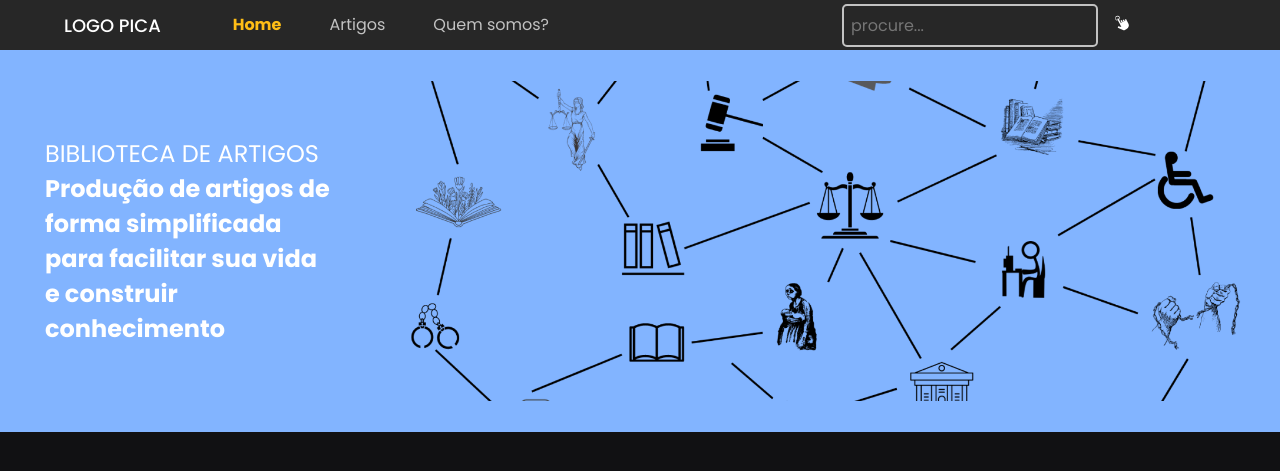
Repository: ArthurHendrich/Inepto
Page: /
These files come from the project's save history. The page is drawn as it stood at one moment and after the next save; the edit follows.
The browser window is 1280 px wide. The pictures show the whole page.
The project was rebuilt for these pictures with package versions that can differ from the ones it lists, and the page was loaded fresh each time. The framework's server and built-in components were replaced by stand-ins that run in the browser. Also part of the build but not shown: next.config.js.

Above is the page before, as saved 2022-07-06 19:42:13.

### src/pages/_app.tsx
import { AppProps } from "next/app";
import { Header } from "../components/header";

import '../styles/global.scss';

function MyApp({ Component, pageProps }: AppProps) {
  return (
    <>
    <Header />
    <Component {...pageProps} />
    </>
  );
}

export default MyApp;

### src/pages/_document.tsx
import Document, { Html, Head, Main, NextScript } from "next/document";

export default class MyDocument extends Document {
  render() {
    return (
      <Html>
        <Head>
          <link rel="preconnect" href="https://fonts.googleapis.com" />
          <link
            href="https://fonts.googleapis.com/css2?family=Poppins:wght@400;500;700;900&display=swap"
            rel="stylesheet"
          />
          <link rel="shortcut icon" href="favicon.png" type="image/png" />
        </Head>
        <body>
          <Main />
          <NextScript />
        </body>
      </Html>
    );
  }
}

### src/pages/index.tsx
import Head from 'next/head';

import styles from '../styles/home.module.scss';

export default function Home() {

  return (
    <>
    <Head>
      <title>Direito Inepto</title>
    </Head>


    <main>
      <section className={styles.headerContainer} >
        <div className={styles.headerText}>
          <h1>BIBLIOTECA DE ARTIGOS</h1>
          <h2>Produção de artigos de forma simplificada para facilitar sua vida e construir conhecimento</h2>
        </div>
        <img src="/images/headerImage.png" alt="Header Image" />
      </section>


    </main>

    </>
  )
}

### src/components/header/index.tsx
import styles from "./styles.module.scss";
import { GiClick } from "react-icons/gi";
import { ActiveLink } from "../ActiveLink";
import { useState } from "react";



export function Header() {
  const [inputText, setInputText] = useState('');



  return (
    <header className={styles.headerContainer}>
      <div className={styles.headerContent}>
        <div className={styles.headerItens}>
          <div className={styles.headerLogo}>
            <ActiveLink href="/" activeClassName={styles.active}>
              <a>LOGO PICA</a>
            </ActiveLink>
          </div>

          <nav>
            <ActiveLink href="/" activeClassName={styles.active}>
              <a>Home</a>
            </ActiveLink>

            <ActiveLink href="/posts" activeClassName={styles.active}>
              <a>Artigos</a>
            </ActiveLink>

            <ActiveLink href="/sobre" activeClassName={styles.active}>
              <a>Quem somos?</a>
            </ActiveLink>
          </nav>
        </div>

        <div className={styles.headerSearch}>
          <input
            type="text"
            value={inputText}
            placeholder="procure..."
            onChange={(e) => setInputText(e.target.value)}
          />
          <GiClick className={styles.headerSearchIcon}/>
        </div>
      </div>
    </header>
  );
}

### src/styles/global.scss
* {
  margin: 0;
  padding: 0;
  box-sizing: border-box;
}

:root {
  --white: #FFF;

  --gray-100: #C2C2C2;
  --gray-200: #CCCCCC;
  --gray-300: #7a7a7a;
  --gray-500: #272727;
  --gray-900: #111113;

  --blue-200: #3C7198;
  --blue-500: #82B4FF;
  --blue-900: #95D2FF;

  --purple-header: #2F1C6A;
  --purple-content: #492E9E;

  --yellow-500: #FFBE16;
}

@media (max-width: 1080px) {
  html {
    font-size: 93.75%;
  }
}

@media (max-width: 720px) {
  html {
    font-size: 87.5%;
  }
}

body{
  background: var(--gray-900);
  color: var(--white);
}

body, input, textarea, select, button {
  font: 400 1rem 'Poppins', sans-serif;
}

button {
  cursor: pointer;
}

a {
  color: inherit;
  text-decoration: none;
}

### src/styles/home.module.scss
.headerContainer {
  min-height: calc(60vh - 3.125rem);
  margin: 0 auto;
  display: flex;
  justify-content: center;
  align-items: center;
  padding: 0 2rem;
  background: var(--blue-500);

  .headerText {
    padding-left: 0.8125rem;

    font-size: rem;

    h1 {
      font-weight: 50;
    }
  }

  img {
    width: 75%
  }
}

### src/components/header/styles.module.scss
.headerContainer {
  height: 3.125rem;
  background: var(--gray-500);
  color: var(--white);

}


.headerContent {
  height: 3.125rem;
  margin: 0 auto;
  display: flex;
  padding: 0 4rem;
  align-items: center;
  justify-content: space-between;

  .headerItens {
    display: flex;
    align-items: center;
    justify-content: space-between;

    .headerLogo {
      margin-right: 4rem;
      font-size: 1.125rem;
      font-weight: 500;
    }

    nav {
      height: 6rem;

      a {
        display: inline-block;
        position: relative;
        padding: 0 0.5rem;
        height: 6rem;
        line-height: 6rem;
        color: var(--gray-100);
        transition: color 0.2s;

        & + a {
          margin-left: 2rem;
        }

        &:hover {
          color: var(--white);
        }

        &.active{
          color: var(--yellow-500);
          font-weight: bold;
        }
      }
    }
  }

  .headerSearch {
    padding: 0 0.5rem;

    input {
      margin-right: 1rem;
      border: 2px solid var(--gray-100);
      border-radius: 5px;
      background: transparent;
      width: 70%;
      padding: 0.4375rem 0.4375rem;
      color: var(--gray-300);
    }
  }
}

### src/components/ActiveLink/index.tsx
import Link, { LinkProps } from "next/link";
import { useRouter } from "next/router";
import { cloneElement, ReactElement } from "react";

interface ActiveLinkProps extends LinkProps {
  children: ReactElement;
  activeClassName: string;
}

export function ActiveLink ({ children, activeClassName, ...rest }: ActiveLinkProps) {
  const { asPath } = useRouter();

  const className = asPath === rest.href ? activeClassName : '';


  return (
    <Link {...rest}>
      {cloneElement(children, { className })}
    </Link>
  )
}

After the next save:
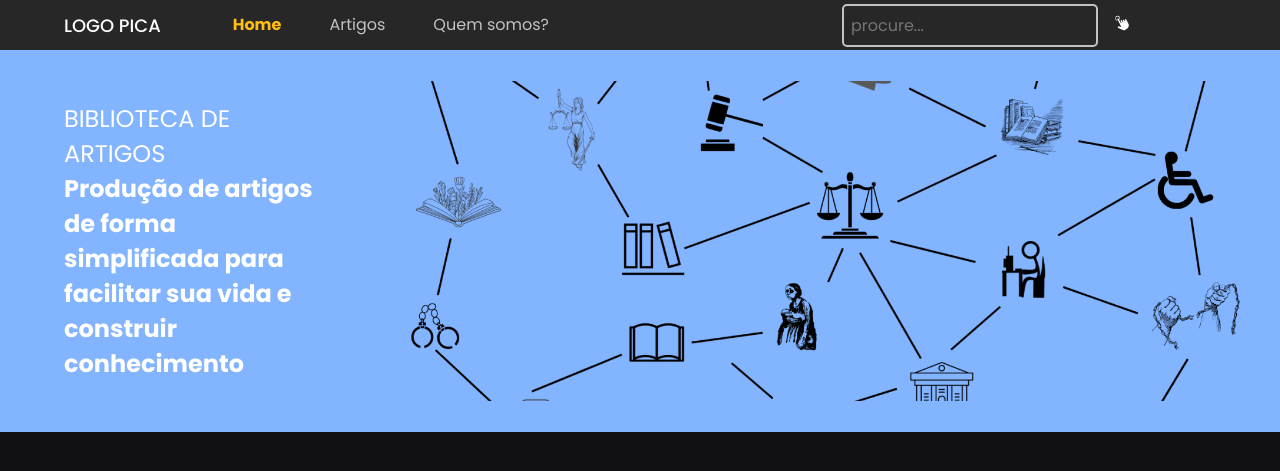
Saved 10 s later.
--- a/src/styles/home.module.scss
+++ b/src/styles/home.module.scss
@@ -8,7 +8,7 @@
   background: var(--blue-500);
 
   .headerText {
-    padding-left: 0.8125rem;
+    padding-left: 2rem;
 
     font-size: rem;
 
